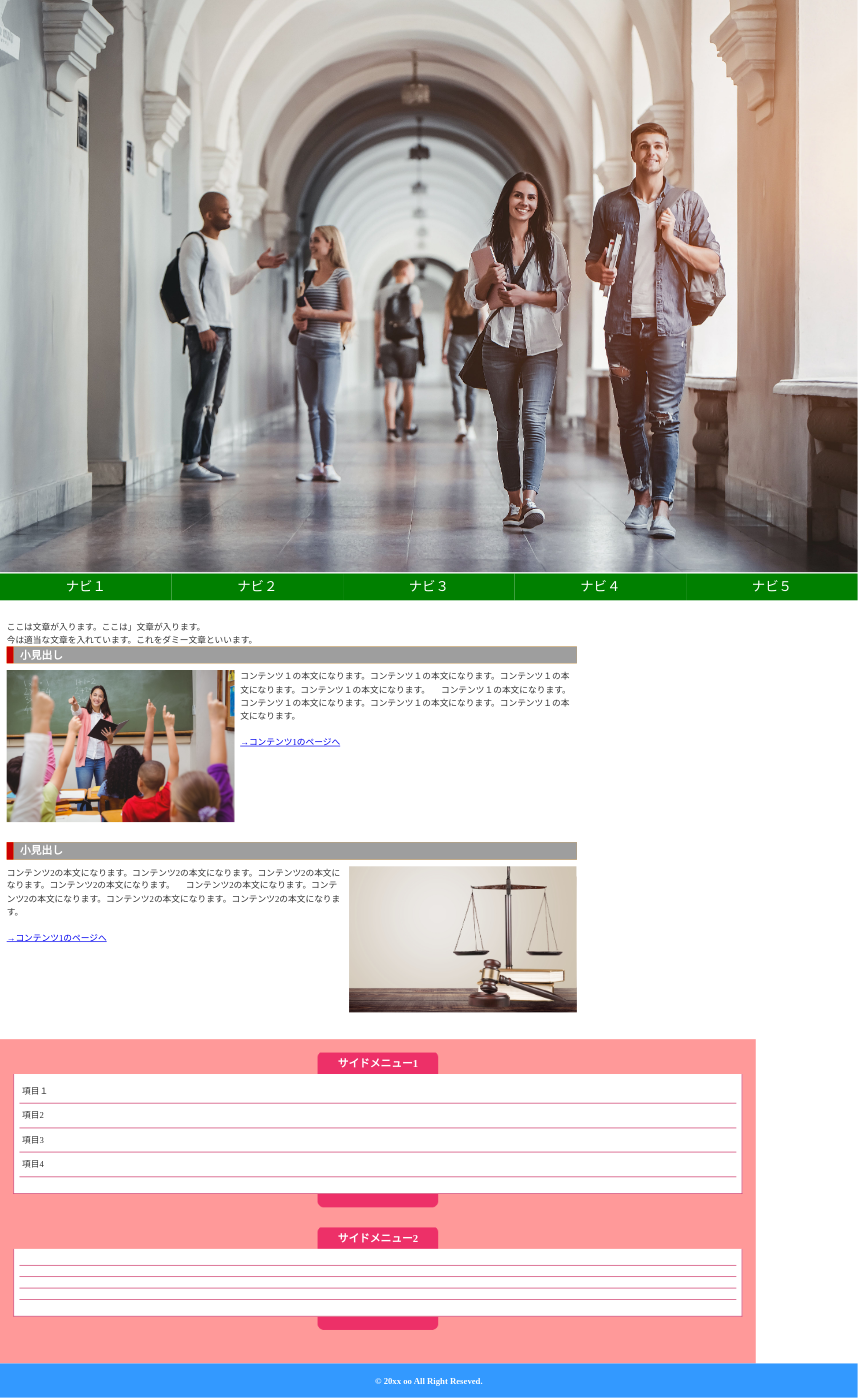
Repository: nekonoko114/samurai_HTML-CSS
Page: home.html
The author's editor kept a record of every edit. The page is drawn from the files as they stood at one moment, then again after the next edit.
The browser window is 1280 px wide. The pictures show the whole page, at 67% of full size.
Pictures or frames that could not be fetched are drawn as grey boxes.

Above is the page before.

### home.html
<!DOCTYPE html>
<html lang="ja">
<head>
    <meta charset="UTF-8">
    <meta name="viewport" content="width=device-width, initial-scale=1.0">
    <meta http-equiv="X-UA-Compatible" content="ie=edge">
    <link rel="stylesheet" href="stylesheet.css"></link>
    <title>HTML/CSSの学習</title>
</head>
<body>
     <div id="header">
                 <h1><a href="index.html"><img id="corridor"src="images/corridor.jpg" alt="大学の廊下"></a></h1>
     </div>
     <div id="wrapper">
           <div id="nav">
                <ul>
                      <li><a href="home.html">ナビ１</a></li>
                      <li><a href="#">ナビ２</a></li>
                      <li><a href="#">ナビ３</a></li>
                      <li><a href="#">ナビ４</a></li>
                      <li><a href="#">ナビ５</a></li>
                </ul>
           </div>
     </div>
     <div id="container">
           <div id="main">
                 <div class="post">
                       <p>ここは文章が入ります。ここは」文章が入ります。<br>今は適当な文章を入れています。これをダミー文章といいます。    </p>
                       <div class="post clearfix">
                             <h2>小見出し</h2>
                             <img class="left" src="images/classroom.jpg" alt="授業風景">
                             <p>コンテンツ１の本文になります。コンテンツ１の本文になります。コンテンツ１の本文になります。コンテンツ１の本文になります。
                             　コンテンツ１の本文になります。コンテンツ１の本文になります。コンテンツ１の本文になります。コンテンツ１の本文になります。</p>
                             　<p><a href="#">→コンテンツ1のページへ</a></p>
                       </div>
                        <div class="post clearfix">
                             <h2>小見出し</h2>
                             <img class="right" src="images/scale.jpg" alt="天秤">
                             <p>コンテンツ2の本文になります。コンテンツ2の本文になります。コンテンツ2の本文になります。コンテンツ2の本文になります。
                             　コンテンツ2の本文になります。コンテンツ2の本文になります。コンテンツ2の本文になります。コンテンツ2の本文になります。</p>
                             　<p><a href="#">→コンテンツ1のページへ</a></p>
                       </div>
                 </div>
           </div>
     </div>


     <div id="side">
           <div class="box">
                 <h2>サイドメニュー1</h2>
                 <div class="boxBody">
                       <ul>
                             <li>項目１</li>
                             <li>項目2</li>
                             <li>項目3</li>
                             <li>項目4</li>
                       </ul>
                 </div>
           </div>
           <div class="box">
                 <h2>サイドメニュー2</h2>
                 <div class="boxBody">
                       <ul>
                             <li></li>
                             <li></li>
                             <li></li>
                             <li></li>
                       </ul>
                 </div>
           </div>
     </div>

     <div id="footer">
           <p>&copy; 20xx oo All Right Reseved.</p>
     </div>
</body>
</html>

### stylesheet.css
@charset "UTF-8";

body {
    margin : 0;
    padding : 0;
    font-family : "ヒラギノ角ゴ　pro w3" , "Hiragino Kaku Gothic pro" "メイリオ",
    Meiryo,osaka,"MS "ＭＳ Ｐゴシック","MS PGothic", sans-serif;";
    color : #333;
    font-size : 13px;
    line-height : 150%;
}

/*---------------------------------------wrapper-------------------------------*/

#wrapper {
    width :100%;
    margin :auto;
    padding : 0;
    border : 0;
    background-color : #fff;
}
/*---------------positionプロパティー-----------------*/

#header {
    width : 100%;
}

#header h1 {
    margin: 0;
    padding: 0;
}

#corridor {
    width: 100%;
    height : auto;
}

#footer {
    clear : both;
    width: 100%;
    padding: 3px 0 3px 0;
    background-color: #39F;
    color :#fff;
    font-weight : bold;
    text-align :center;
}

/*-------------nav------------------*/

#nav {
    width: 100%;
}

#nav ul{
    display:flex;
    padding: 0;
    margin: 0;
    list-style : none;
}

#nav ul li {
    /*float: left;*/
    width: 20%;
    text-align:center;

}
#nav ul li  a{
    display: block;
    height :20px;
    margin: 0;
    padding: 10px;
    color : #fff;
    font-size :20px;
    text-decoration : none;
    background-color: green;
}

/*-----------疑似要素-----------------------*/
#nav ul li a:hover {
    filter : drop-shadow(10px 10px 10px black);
}
/*---------containe------------------------*/
#container {
    width: 100%;
    margin: auto;
    padding: auto;
    padding-top :20px;
    clear :both;
    display: grid;
    grid-template-columns: 70vw 30vw;
}

/*----------------main---------------------*/
#main {
    /*float: left;*/
    /*width: 60%;*/
    width: 95%;
    padding : 10px 30px 10px 10px;
}

#main h2 {
    margin : 0  0 10px 0;
    padding : 3px 10px 3px 10px;
    color : #fff;
    border-left : solid 10px #c00;
    font-size :16px;
    background : #F90 url("../images/main_h2.jpg") right top repeat;
}

#main p {
   padding: 0;
   margin: 0;
}

#main .post {
    margin :0 0 30px 0;
}

#main .post img.right {
    margin :0 0 0 8px;
}

#main .post img.left {
    margin :0 8px 0 0 ;
}

.right {
    float: right;
    width: 40%;
    height :auto;
}
.left {
    float : left;
    width : 40% ;
    height :auto;
}

/*----------clearfix-----------------------*/
.clearfix {
    zoom :1
}

.clearfix:after {
    content :"";
    display : block;
    clear : both;
}

/*------------side---------------------------*/

#side {
    /*float : right;*/
    /*width: 30%;*/
    width: 85%;
    padding: 20px;
    background-color: #f99;
}

#side .box {
    margin :0 auto 30px auto;
    padding :0 0 20px 0;
    background : url(images/side_box.png) bottom no-repeat;
}

#side .box h2 {
     margin: 0;
     padding: 8px;
     text-align: center;
     color :#fff;
     font-size : 16px;
     line-height : 16px;
     font-weight: bold;
     background : url(images/side_box_h2.png) center no-repeat ;
}
#side .box .boxBody {

    padding: 8px;
    border-right :solid 1px #c36;
    border-bottom : solid 1px #c36;
    border-left : solid 1px #c36;
    background : #fff;
}

#side .box .boxBody ul {
    margin: 0 0 16px 0;
    padding: 0;
}

#side .box .boxBody ul li {
    padding: 8px 0 8px 4px;
    list-style: none;
    border-bottom  :solid 1px #c36;
}

#side .box .boxBody ul li:hover {
    padding :8px 0 8px 4px;
    list-style : none;
    border-bottom : solid 1px #c36;
    box-shadow : 0px 4px 4px rgba(0,0,0,0.3);
}

After the next edit:
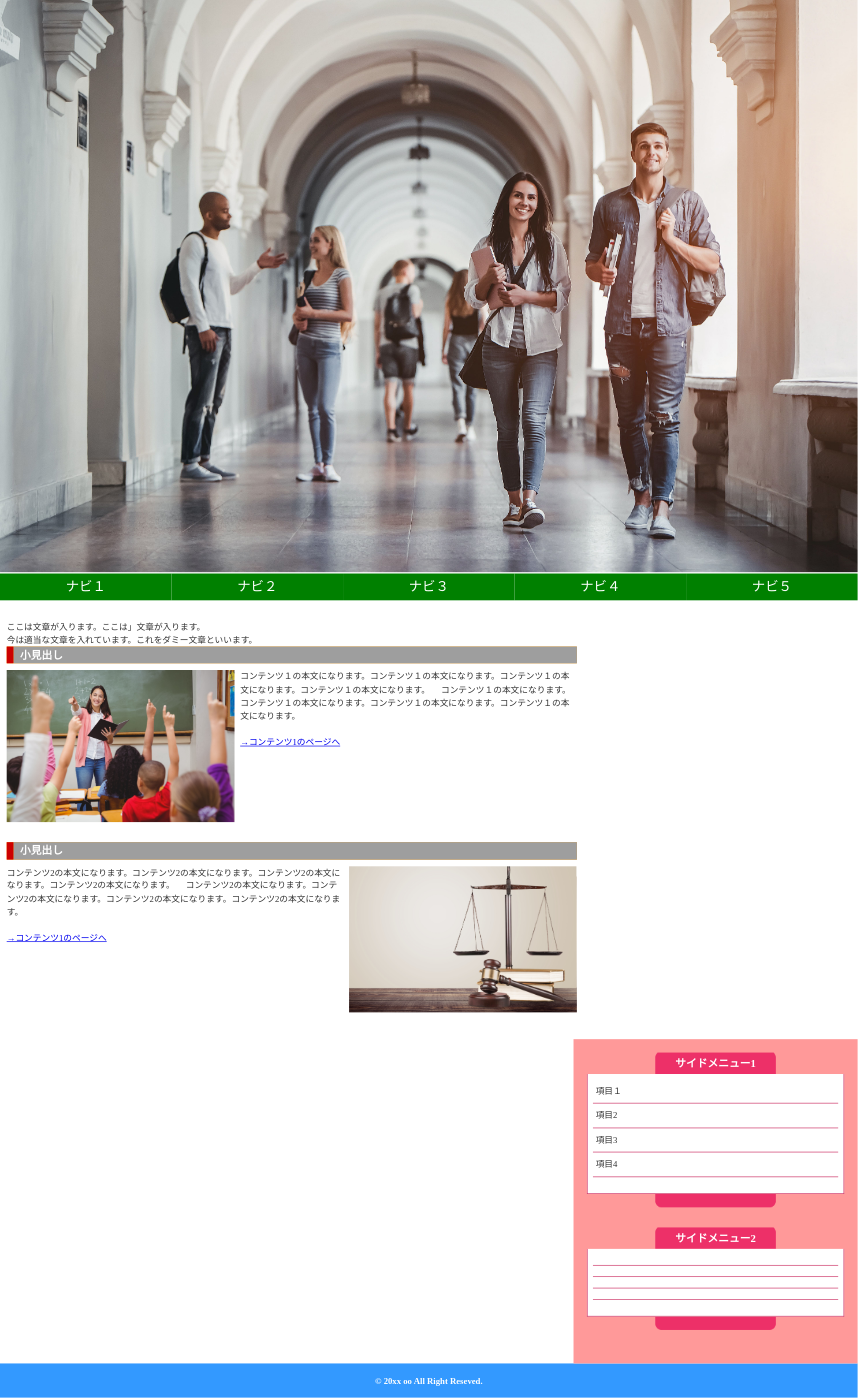
The edit:
--- a/stylesheet.css
+++ b/stylesheet.css
@@ -149,9 +149,9 @@
 /*------------side---------------------------*/
 
 #side {
-    /*float : right;*/
-    /*width: 30%;*/
-    width: 85%;
+    float : right;
+    width: 30%;
+    /*width: 85%;*/
     padding: 20px;
     background-color: #f99;
 }
